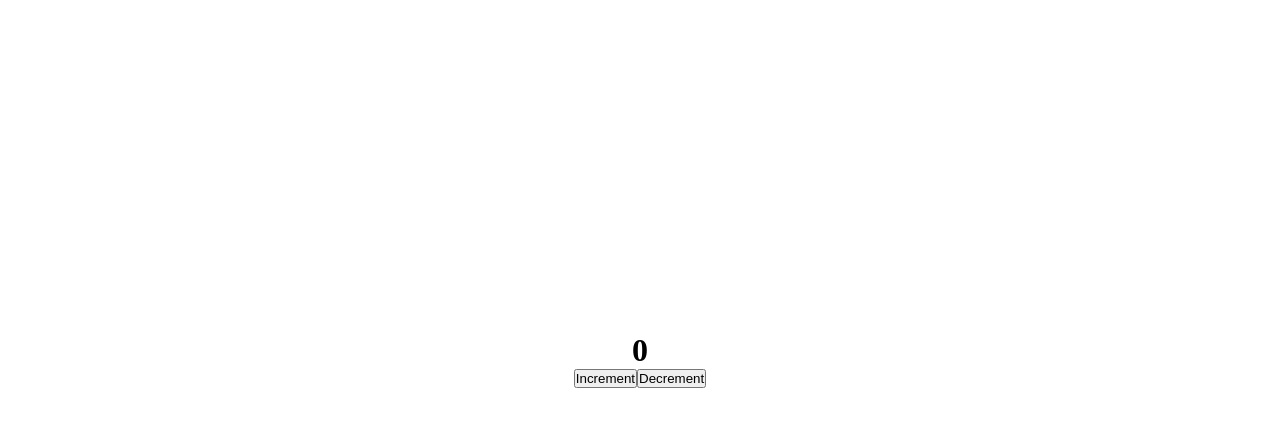
Repository: Ellisvelandia/react_introduction_test
Page: /
An editor plug-in stored every save of this project. The page is shown before and after a run of saves, followed by the edit.
The browser window is 1280 px wide. The pictures show the whole page.
The project was rebuilt for these pictures with package versions that can differ from the ones it lists, and the page was loaded fresh each time. Also part of the build but not shown: src/index.css.

Above is the page before, as saved 2022-08-15 19:37:13.

### src/App.js
import "./App.css";
import React, { useState } from "react";

const App = () => {
  const [num, changeNum] = useState(0);

  const incrementNum = () => {
    changeNum(num + 2);
  };

  const decrementNum = () => {
    if (num - 1 < 0) {
      alert(`you can't decrease than 0`);
    } else {
      changeNum(num - 2);
    }
  };

  return (
    <>
      <div className="container">
        <h1>{num}</h1>
        <button onClick={incrementNum}>Increment</button>
        <button onClick={decrementNum}>Decrement</button>
      </div>
    </>
  );
};

export default App;

### src/App.css
* {
  margin: 0;
  padding: 0;
  box-sizing: border-box;
}

body {
  width: 100%;
  height: 100vh;
    display: flex;
  justify-content: center;
  align-items: center;
  flex-direction: column;
}

.container {

}

h1 {
  text-align: center;
}

Loaded but not shown: public/index.html (common file); src/index.js (common file); src/reportWebVitals.js (common file)

After the next 4 saves:
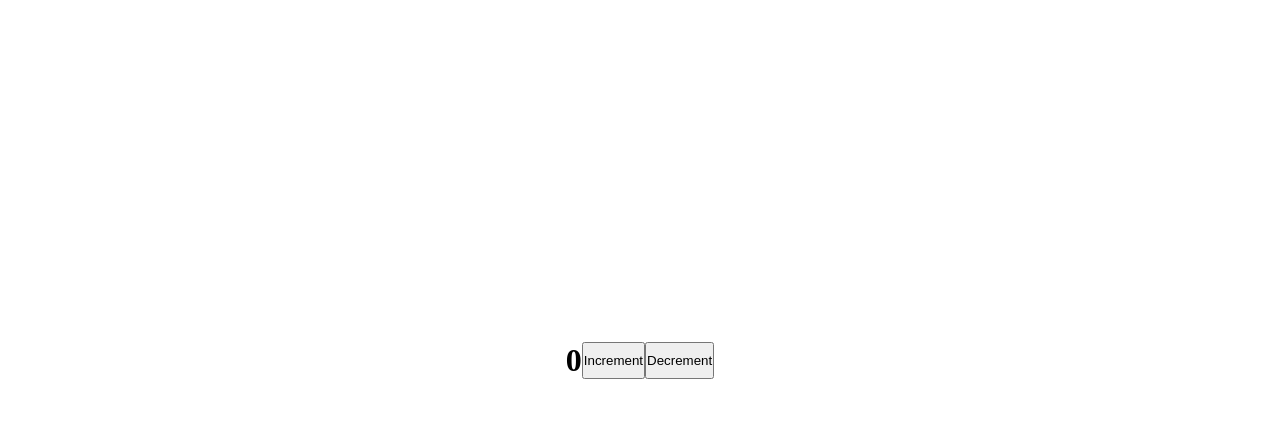
The 4 saves are shown as one change because they came seconds apart.
The last was saved 13 s later.
--- a/src/App.css
+++ b/src/App.css
@@ -7,14 +7,14 @@
 body {
   width: 100%;
   height: 100vh;
-    display: flex;
+  display: flex;
   justify-content: center;
   align-items: center;
   flex-direction: column;
 }
 
 .container {
-
+  display: flex;
 }
 
 h1 {

After the save that followed:
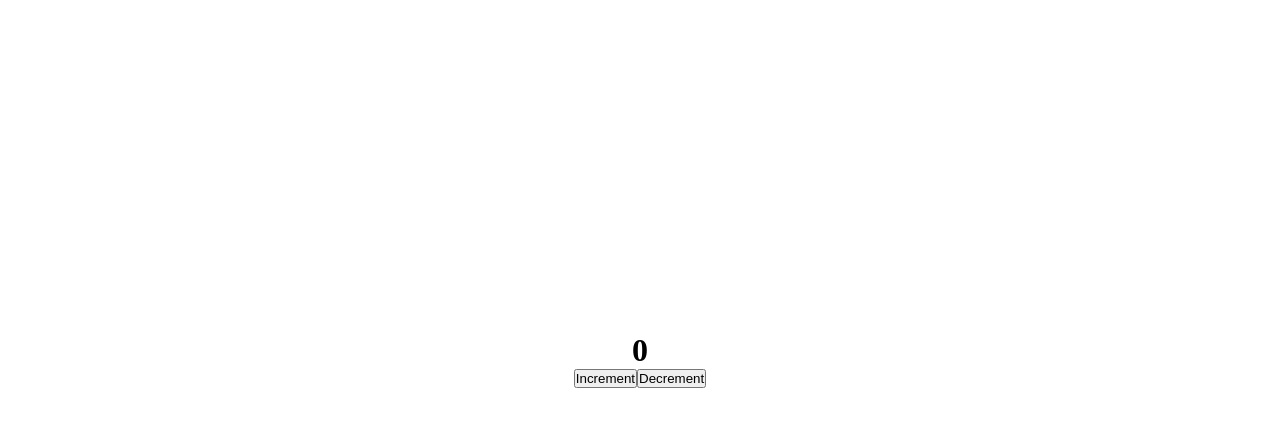
Saved 83 s later.
--- a/src/App.css
+++ b/src/App.css
@@ -14,7 +14,7 @@
 }
 
 .container {
-  display: flex;
+  align-self: center;
 }
 
 h1 {
